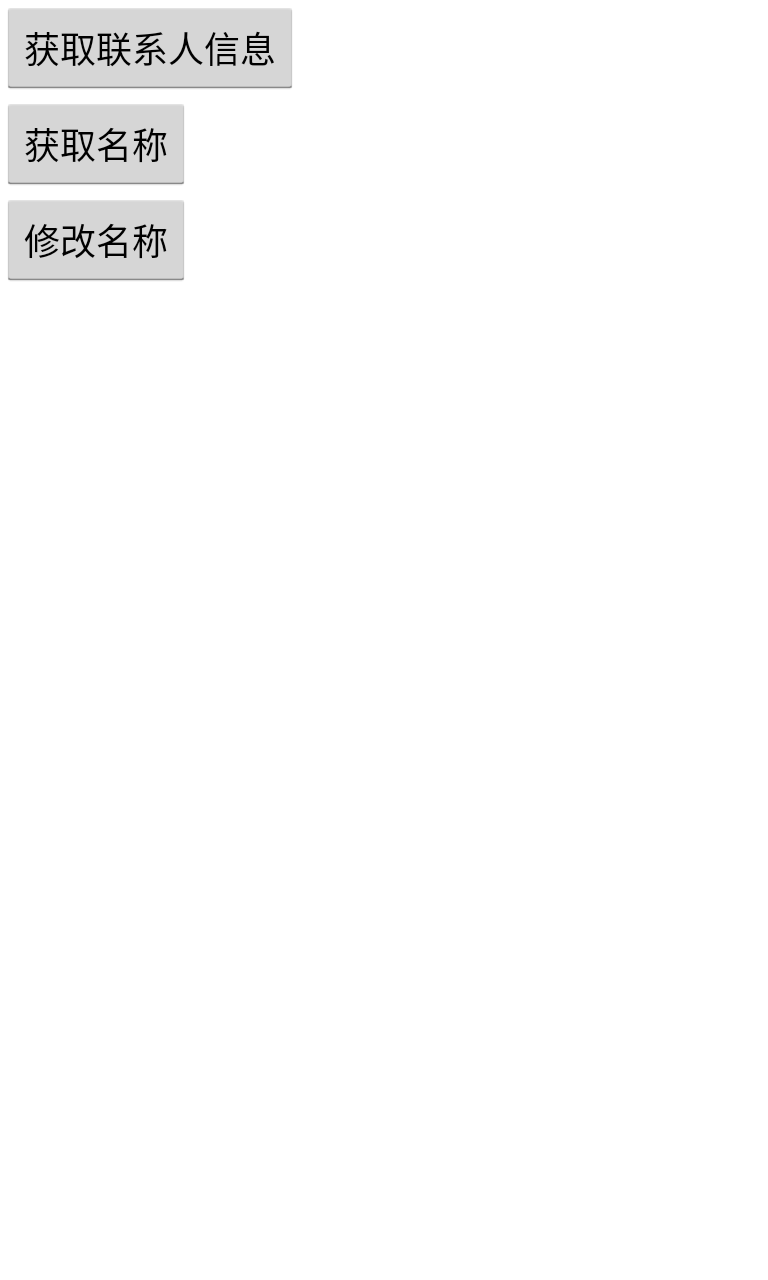
Repository: dingpc/ExAndroid
Layout: ExContentProvider/res/layout/main.xml
The author's editor kept a copy of each file at every save. The layout is drawn from the files as they stood at one save, then again after the next save.
It is drawn on a 768 x 1280 px phone screen (xhdpi) without system bars, with theme AppTheme; the app's code is not run.

Above is the layout before, as saved 2013-10-15 06:11:45.

### ExContentProvider/res/layout/main.xml
<?xml version="1.0" encoding="utf-8"?>
<LinearLayout xmlns:android="http://schemas.android.com/apk/res/android"
              android:layout_width="fill_parent"
              android:layout_height="fill_parent"
              android:orientation="vertical">

    <Button android:id="@+id/button1"
        android:layout_width="wrap_content"
        android:layout_height="wrap_content"
        android:text="获取联系人信息"/>
    <Button android:id="@+id/button2"
        android:layout_width="wrap_content"
        android:layout_height="wrap_content"
        android:text="获取名称"/>
    <Button android:id="@+id/button3"
        android:layout_width="wrap_content"
        android:layout_height="wrap_content"
        android:text="修改名称"/>

    <TextView android:id="@+id/textView"
        android:layout_width="fill_parent"
        android:layout_height="wrap_content"/>
</LinearLayout>

Loaded but not shown: ExContentProvider/res/values-v11/styles.xml (common file); ExContentProvider/res/values-v14/styles.xml (common file); ExContentProvider/res/values/styles.xml (common file)

After the next save:
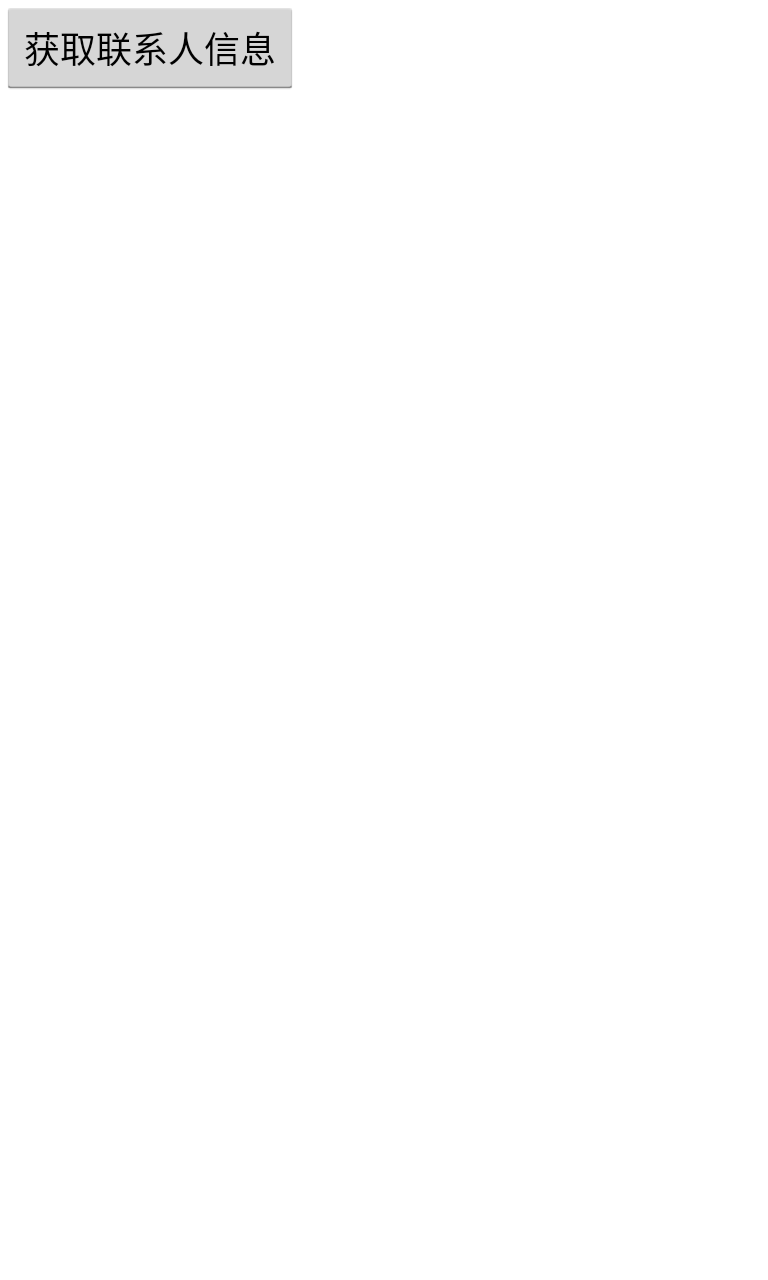
Saved 8 min 1 s later.
--- a/ExContentProvider/res/layout/main.xml
+++ b/ExContentProvider/res/layout/main.xml
@@ -8,16 +8,4 @@
         android:layout_width="wrap_content"
         android:layout_height="wrap_content"
         android:text="获取联系人信息"/>
-    <Button android:id="@+id/button2"
-        android:layout_width="wrap_content"
-        android:layout_height="wrap_content"
-        android:text="获取名称"/>
-    <Button android:id="@+id/button3"
-        android:layout_width="wrap_content"
-        android:layout_height="wrap_content"
-        android:text="修改名称"/>
-
-    <TextView android:id="@+id/textView"
-        android:layout_width="fill_parent"
-        android:layout_height="wrap_content"/>
 </LinearLayout>
